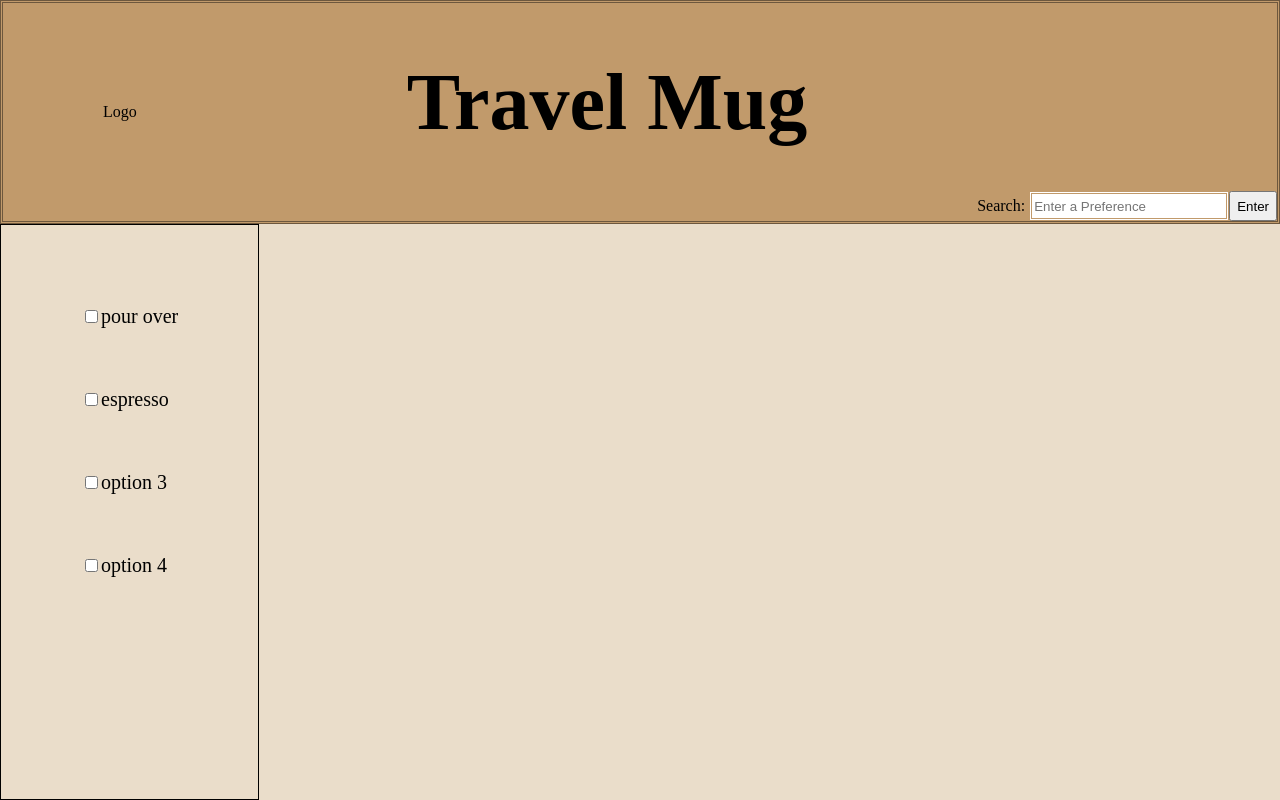
Repository: joshliu14/Travel-Mug
Page: /
These files come from the project's save history. The page is drawn as it stood at one moment and after the next save; the edit follows.
The browser window is 1280 px wide. The pictures show the whole page.
The project was rebuilt for these pictures with package versions that can differ from the ones it lists, and the page was loaded fresh each time.

Above is the page before, as saved 2024-01-03 02:59:43.

After the next save:
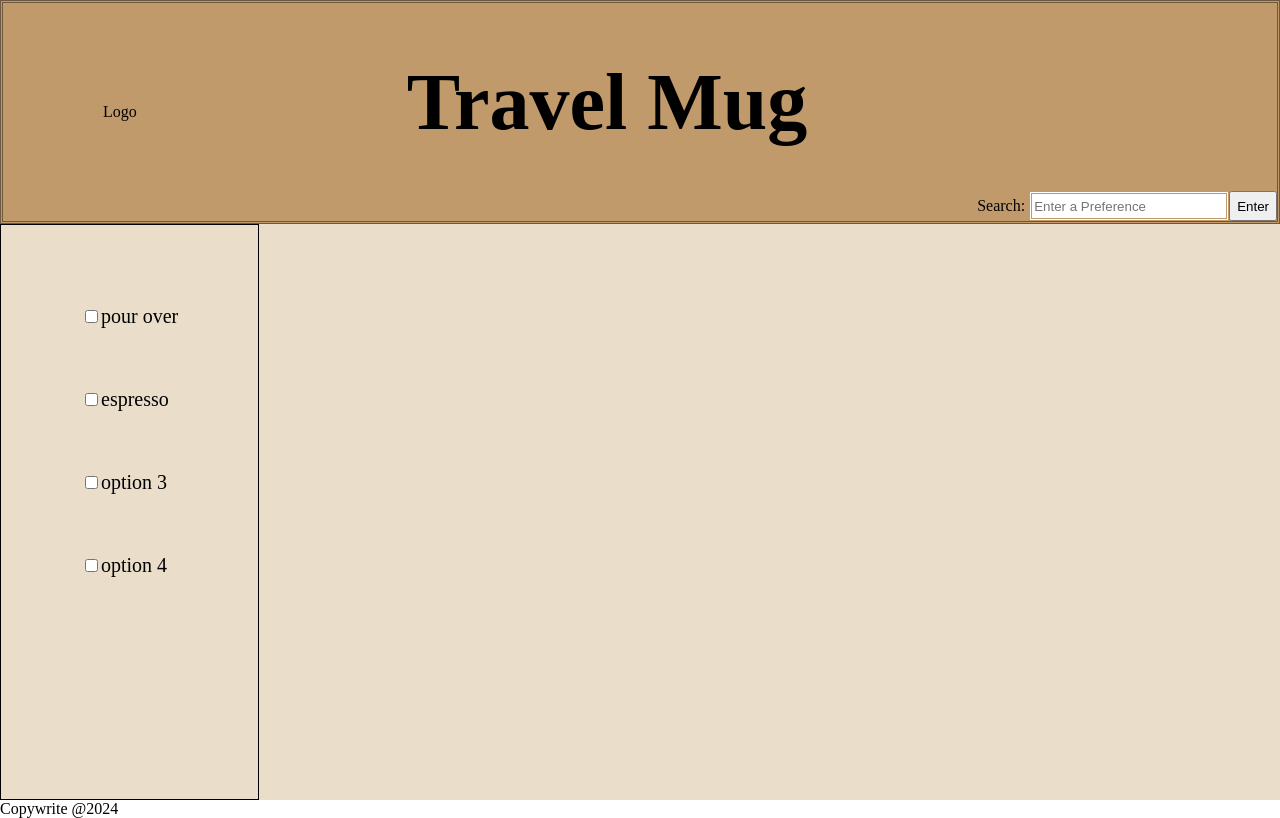
Saved 7 h 54 min later.
--- a/src/Home.js
+++ b/src/Home.js
@@ -54,6 +54,7 @@ class Home extends React.Component {
         <div className="bottom">
           <div className="filter-container">{filterOptions}</div>
         </div>
+        <footer>Copywrite @2024</footer>
       </div>
     );
   }
